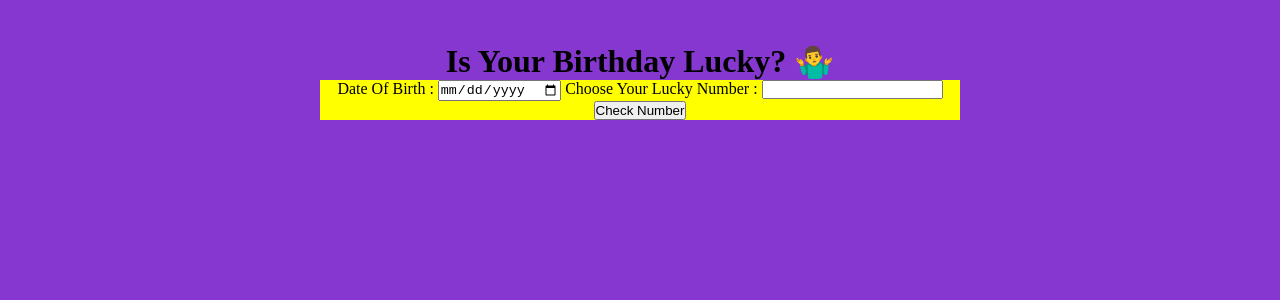
Repository: patelamancode/Lucky-Birthday-App
Page: index.html
An editor plug-in stored every save of this project. The page is shown before and after the next save, followed by the edit.
The browser window is 1280 px wide. The pictures show the whole page.

Above is the page before, as saved 2022-11-21 16:53:03.

### index.html
<!DOCTYPE html>
<html lang="en">
<head>
    <meta charset="UTF-8">
    <meta http-equiv="X-UA-Compatible" content="IE=edge">
    <meta name="viewport" content="width=device-width, initial-scale=1.0">
    <link rel="stylesheet" href="index.css">
    <title>Is your birthday lucky</title>
</head>
<body>
    <div id="main-container">
        <h1 class="app-title">Is Your Birthday Lucky? 🤷‍♂️</h1>
        <div class="content">
        <label for="date-of-birth" class="dob">Date Of Birth :</label>
        <input type="date" class="selected-dob">
        <label for="lucky-number" class="favourite-number">Choose Your Lucky Number :</label>
        <input type="number" class="user-number">
        <button id="check-btn">Check Number</button>
        </div>
    </div>

</body>
</html>

### index.css
*{
    margin: 0;
    padding: 0;
}
 body{
    background-color: rgb(134, 55, 207);
 }

 #main-container {
    display: flex;
    flex-direction: column;
    width: 50vw;
    margin: auto;
    margin-top: 2rem;
    padding: 10px;
    text-align: center;
 }
 .content{
    background-color: yellow;
    width: 50vw;
 }

After the next save:
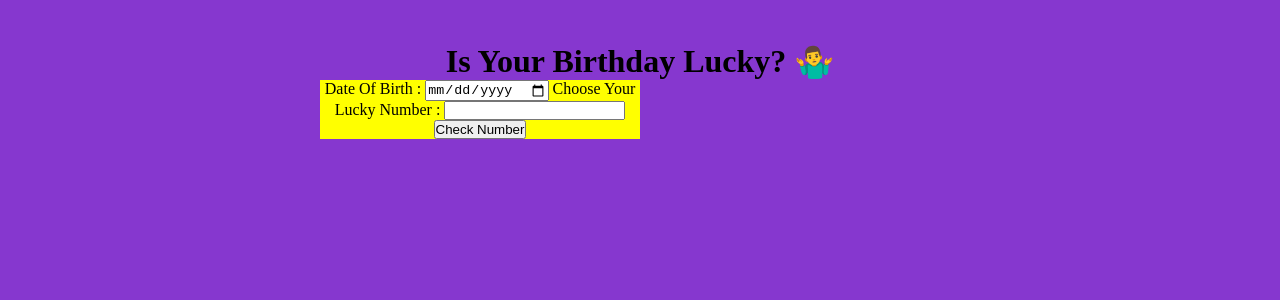
Saved 19 s later.
--- a/index.css
+++ b/index.css
@@ -17,5 +17,5 @@
  }
  .content{
     background-color: yellow;
-    width: 50vw;
+    width: 50%;
  }
